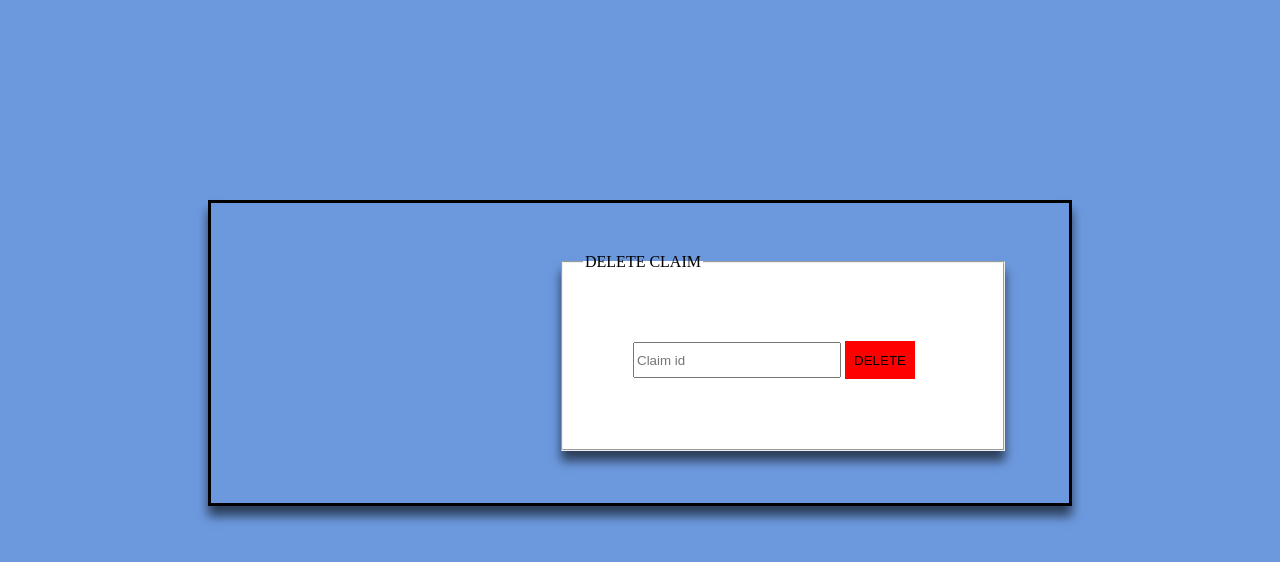
Repository: Nihara-R/Vehicle-Insurance-Portal
Page: http://localhost/delete_claim.php
The author's editor kept a copy of each file at every save. The page is drawn from the files as they stood at one save, then again after the next save.
The browser window is 1280 px wide. The pictures show the whole page.
The page is run by PHP 8.4 with error messages shown; the project is at /var/www/html/.

Above is the page before, as saved 2023-06-29 09:00:53.

### delete_claim.php
<!DOCTYPE html>
<html lang="en" dir="ltr">
  <head>
    <meta charset="utf-8">
    <title></title>
    <link rel="stylesheet" href="css/deletuser.css">
  </head>
  <body>
    <div class="deletebox">
    <fieldset>
<legend>DELETE CLAIM</legend>

    <form class="" action="include/delet_claim.inc.php" method="post">

      <input type="text" name="id" value="" placeholder="Claim id" class="textbox">

      <input type="submit" name="submit" value="DELETE" class="button">

</fieldset>
</div>
    </form>

  </body>
</html>

### css/deletuser.css
body{
  background: #6C99DE;
}
form{
margin: 50px;
}
.deletebox{
  margin: 200px;
  padding: 50px;
  height: 200px;
  border: 3px solid black;
  box-shadow: 0 10px 10px rgba(0,0, 0, 0.60);
}
fieldset{
  width: 400px;
  padding: 20px;
  align-items: center;
  justify-content: center;
  margin-left: 300px;

  box-shadow: 0 10px 10px rgba(0,0, 0, 0.60);
  background: white;
}
.button{
  background: red;
  height: 38px;
  width: 70px;
  border: none;
}
.textbox{
  height: 30px;
  width: 200px;

}

After the next save:
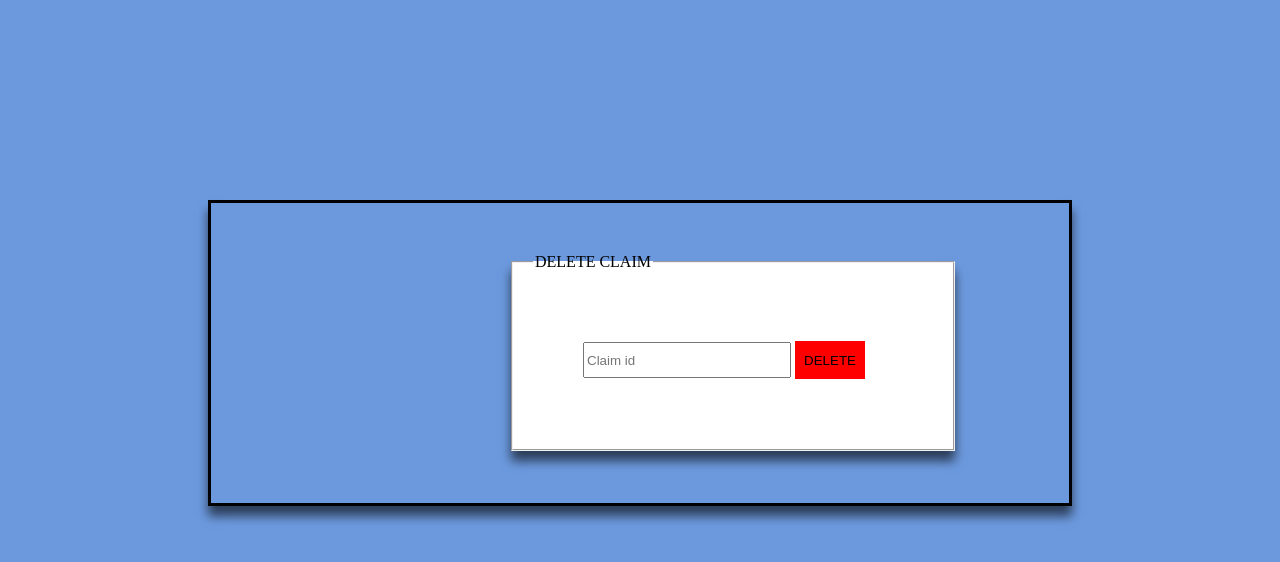
Saved 15 s later.
--- a/css/deletuser.css
+++ b/css/deletuser.css
@@ -16,7 +16,7 @@ fieldset{
   padding: 20px;
   align-items: center;
   justify-content: center;
-  margin-left: 300px;
+  margin-left: 250px;
 
   box-shadow: 0 10px 10px rgba(0,0, 0, 0.60);
   background: white;
